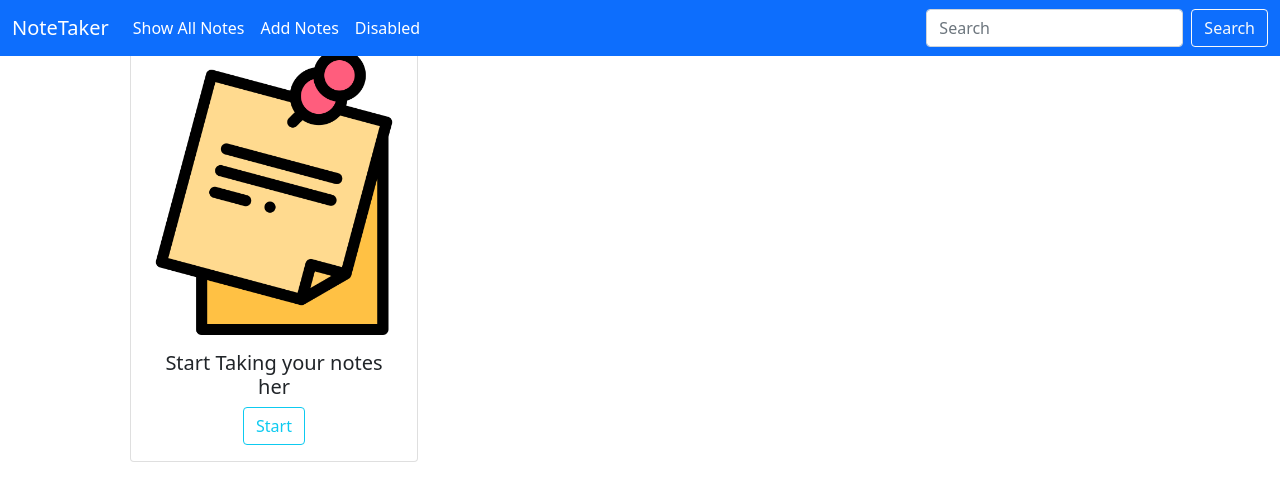
Repository: Shubham-Kumar-cmd/Hibernate
Page: http://localhost/NoteTakerApp/
The author's editor kept a copy of each file at every save. The page is drawn from the files as they stood at one save, then again after the next save.
The browser window is 1280 px wide. The pictures show the whole page.
The page is served by Tomcat 9.

Above is the page before, as saved 2023-02-08 08:38:02.

After the next save:
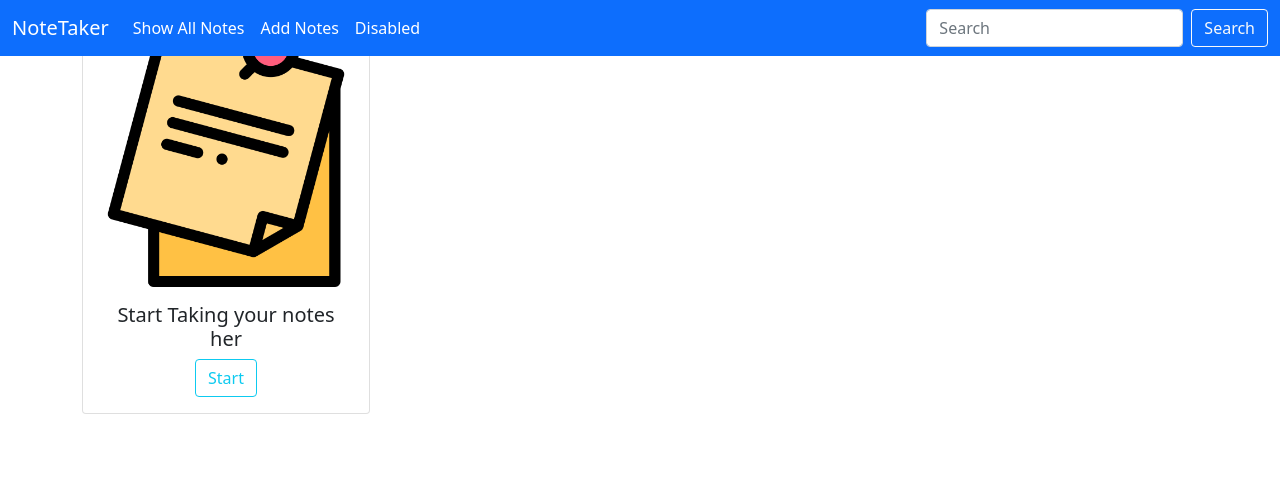
Saved 24 s later.
--- a/NoteTakerApp/src/main/webapp/index.jsp
+++ b/NoteTakerApp/src/main/webapp/index.jsp
@@ -15,7 +15,7 @@
 <body>
 
 	<div class="container text-center">
-		<div class="card m-5" style="width: 18rem;">
+		<div class="card" style="width: 18rem;">
 		  <img src="img/sticky-notes.png" class="card-img-top" alt="...">
 		  <div class="card-body">
 		    <h5 class="card-title">Start Taking your notes her</h5>
